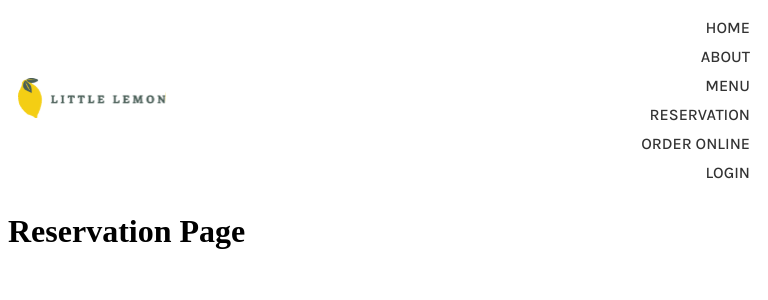
Repository: Yeshwanth-189/little-lemon
Page: /reservation (app in little-lemon/)
The author's editor kept a copy of each file at every save. The page is drawn from the files as they stood at one save, then again after the next save.
The browser window is 768 px wide. The pictures show the whole page.
The project was rebuilt for these pictures with package versions that can differ from the ones it lists, and the page was loaded fresh each time. Also part of the build but not shown: little-lemon/src/index.css, little-lemon/src/components/Hero/Hero.css, little-lemon/src/components/Hero/Hero.jsx, little-lemon/src/components/Specials/Specials.css, little-lemon/src/components/Specials/Specials.jsx, little-lemon/src/components/Testimonials/Testimonials.css, little-lemon/src/components/Testimonials/Testimonials.jsx, little-lemon/src/components/About/About.css and 3 more.

Above is the page before, as saved 2025-04-26 19:17:13.

After the next save:
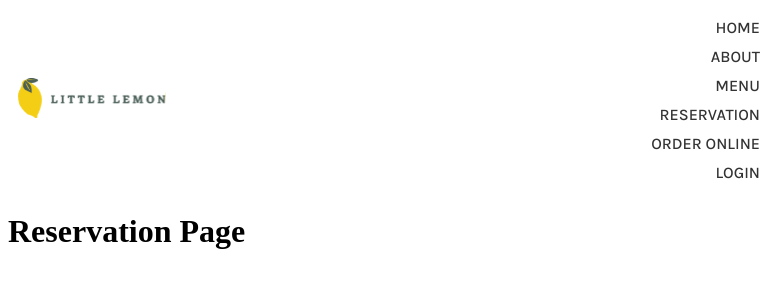
Saved 3 min 37 s later.
--- a/little-lemon/src/components/Navigation/NavBar.css
+++ b/little-lemon/src/components/Navigation/NavBar.css
@@ -73,7 +73,7 @@
     flex-direction: column; /* Stack links vertically */
     gap: 10px;
     align-items: flex-end;
-    padding-right: 10px;
+    padding-right: 0px;
   }
 
   .nav-links a {

After the save that followed:
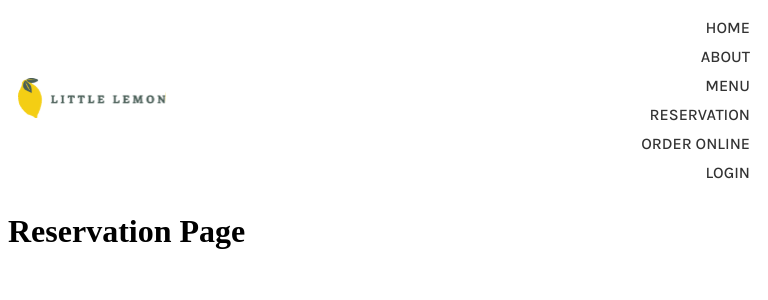
Saved 19 s later.
--- a/little-lemon/src/components/Navigation/NavBar.css
+++ b/little-lemon/src/components/Navigation/NavBar.css
@@ -73,7 +73,7 @@
     flex-direction: column; /* Stack links vertically */
     gap: 10px;
     align-items: flex-end;
-    padding-right: 0px;
+    padding-right: 10px;
   }
 
   .nav-links a {
